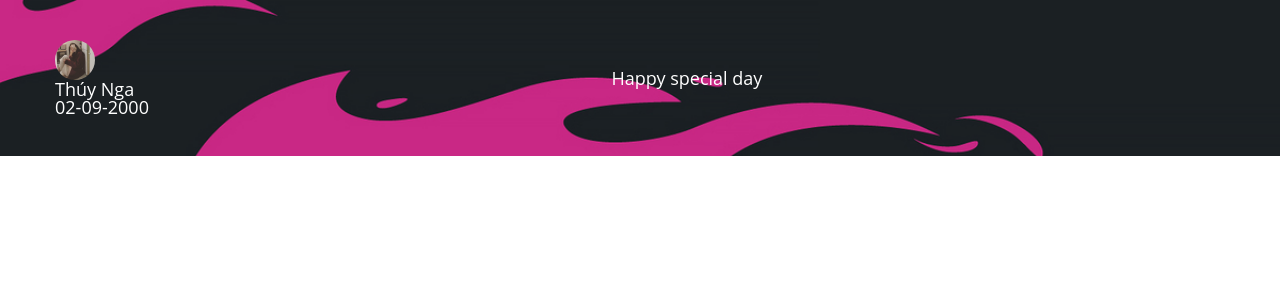
Repository: Datt21/p-happyB
Page: index.html
An editor plug-in stored every save of this project. The page is shown before and after the next save, followed by the edit.
The browser window is 1280 px wide. The pictures show the whole page.
Some icons come from a web library that is not loaded, so they are not drawn.

Above is the page before, as saved 2021-08-31 04:24:21.

### index.html
<!DOCTYPE html>
<html lang="en">
<head>
    <meta charset="UTF-8">
    <meta http-equiv="X-UA-Compatible" content="IE=edge">
    <meta name="viewport" content="width=device-width, initial-scale=1.0">
    <title>Document</title>
    <link rel="stylesheet" href="https://unicons.iconscout.com/release/v4.0.0/css/line.css">
    <link rel="stylesheet" href="./app.css">
</head>
<body>
<div class="wrapper">
    <header class="header">
        <div class="container">
            <div class="header-main">
                <div class="header-info">
                    <img src="./images/lemon.jpg" alt="" class="img-logo">
                    <div class="info">
                        <div class="info-name">Thúy Nga</div>
                        <div class="birth-day">02-09-2000 <i class="uil uil-users-alt"></i> </div>
                    </div>
                </div>

                <div class="menu">
                    <span class="text">Happy special day</span>
                </div>

                <div class="icon-gift">
                    <a href=""><i class="uil uil-gift"></i></a>
                </div>
            </div>
        </div>
    </header>
</div>
    <script src="./app.js"></script>
</body>
</html>

### app.css
html {
    box-sizing: border-box;
}

* {
    margin: 0;
    padding: 0;
}

*,
*:before,
*:after {
    box-sizing: border-box;
}

a {
    text-decoration: none;
}

img {
    display: block;
    max-width: 100%;
}

html {
    scroll-behavior: smooth;
}

body {
    font-family: "Open sans", sans-serif;
    font-size: 18px;
    line-height: 1;
    color: white;
    /* background-color: #222831; */
    overflow-x: hidden;
}

.wrapper {
    max-width: 1920px;
    margin: 0 auto;
    background: url("../images/banner.jpg") no-repeat top/100%;
}

.container {
    max-width: 1200px;
    margin: 0 auto;
    padding: 0 15px;
}

.img-logo {
    width: 40px;
    height: 40px;
    border-radius: 50%;
}

.header-main {
    display: flex;
    justify-content: space-between;
    align-items: center;
    padding: 40px 0;
}

Loaded but not shown: app.js (no copy from this time; the picture is the same without it)

After the next save:
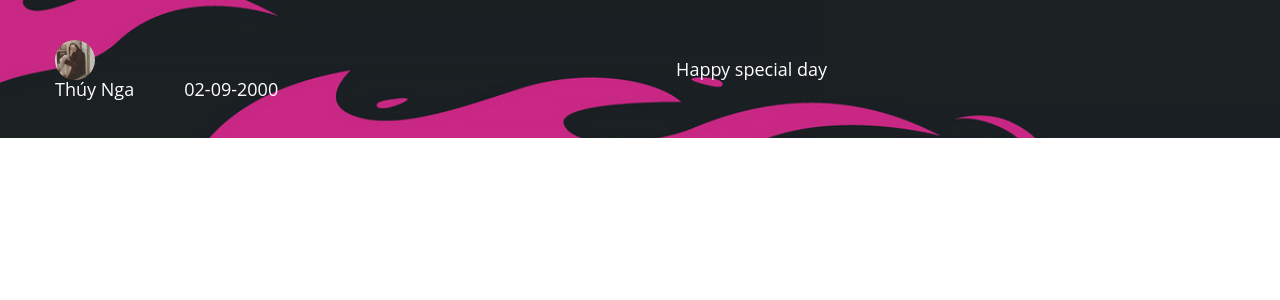
Saved 52 s later.
--- a/app.css
+++ b/app.css
@@ -59,3 +59,11 @@ body {
     align-items: center;
     padding: 40px 0;
 }
+
+.info {
+    display: flex;
+    align-items: center;
+    list-style: none;
+    gap: 0 50px;
+    color: white;
+}
